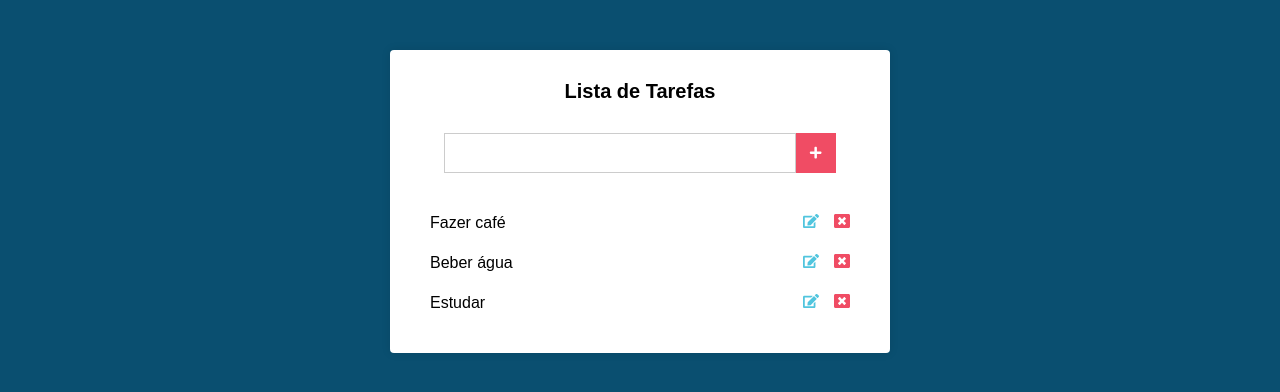
Repository: FellipeMiguel/lista-de-tarefas
Page: /
The author's editor kept a copy of each file at every save. The page is drawn from the files as they stood at one save, then again after the next save.
The browser window is 1280 px wide. The pictures show the whole page.
The project was rebuilt for these pictures with package versions that can differ from the ones it lists, and the page was loaded fresh each time.

Above is the page before, as saved 2023-06-14 23:53:10.

### src/index.js
import React from "react"
import ReactDOM from "react-dom/client"

import App from "./App"

const root = ReactDOM.createRoot(document.getElementById("root"))
root.render(
  <React.StrictMode>
    <App />
  </React.StrictMode>,
)

### src/App.js
import Main from './components/Main'
import './App.css'

function App() {
  return <Main />
}

export default App

### src/components/Main.js
import React, { Component } from 'react'

// Form
import { FaPlus, FaEdit, FaWindowClose } from 'react-icons/fa'

// Tasks

import './Main.css'

export default class Main extends Component {
  state = {
    newTask: '',
    tasks: ['Fazer café', 'Beber água', 'Estudar'],
  }

  handleChange = (e) => {
    this.setState({ newTask: e.target.value })
  }

  render() {
    const { newTask, tasks } = this.state

    return (
      <div className="main">
        <h1>Lista de Tarefas</h1>

        <form action="#" className="form">
          <input value={newTask} onChange={this.handleChange} type="text" />
          <button type="submit">
            <FaPlus />
          </button>
        </form>

        <ul className="tasks">
          {tasks.map((task) => (
            <li key={task}>
              {task}
              <span>
                <FaEdit className="edit" />
                <FaWindowClose className="delete" />
              </span>
            </li>
          ))}
        </ul>
      </div>
    )
  }
}

### src/components/Main.css
.main {
  background: #fff;
  padding: 30px;
  margin: 50px auto;
  max-width: 500px;
  border-radius: 4px;
  box-shadow: 0 0 10px rgba(0, 0, 0, 0.1);
}

.main h1 {
  font-size: 20px;
  text-align: center;
}

.form {
  margin-top: 30px;
  display: flex;
  align-items: center;
  justify-content: center;
}

.form input[type="text"] {
  height: 40px;
  padding: 0 20px;
  font-size: 20px;
  border: 1px solid #ccc;
  min-width: 80%;
}

.form button[type="submit"] {
  border: none;
  height: 40px;
  width: 40px;
  background: #f04c64;
  color: #fff;
  display: flex;
  align-items: center;
  justify-content: center;
}

.tasks {
  margin-top: 30px;
}

.tasks li {
  display: flex;
  align-items: center;
  justify-content: space-between;
  padding: 10px;
  transition: all 600ms ease-in-out;
}

.tasks li:hover {
  background: #51c5de;
}

.tasks li .edit {
  margin-right: 15px;
  color: #51c5de;
}

.tasks li .delete {
  color: #f04c64;
}

.tasks li:hover .edit, .tasks li:hover .delete {
  color: #000;
}

.tasks li .edit, .tasks li .delete {
  cursor: pointer;
  transition: all 600ms ease-in-out;
}

Loaded but not shown: public/index.html (common file); src/App.css (common file)

After the next save:
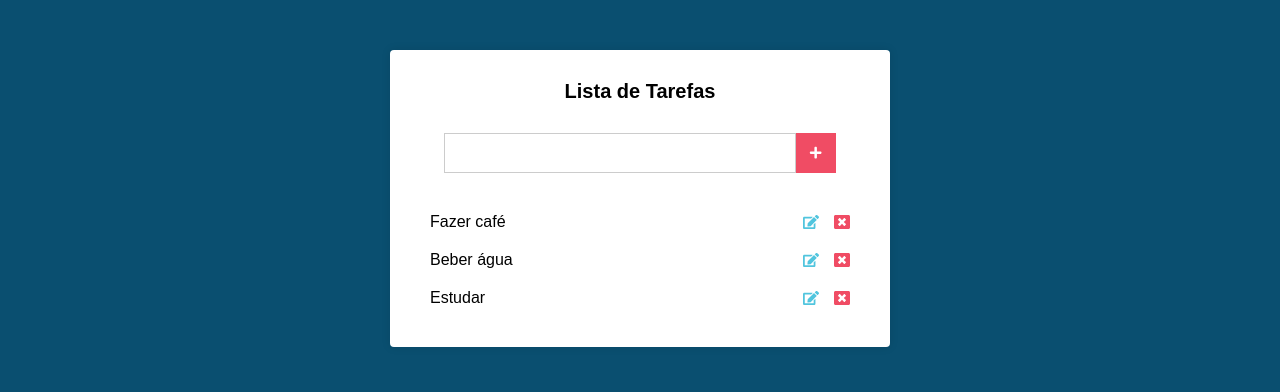
Saved 29 s later.
--- a/src/components/Main.css
+++ b/src/components/Main.css
@@ -54,6 +54,11 @@
   background: #51c5de;
 }
 
+.tasks li span {
+  display: flex;
+  align-items: center;
+}
+
 .tasks li .edit {
   margin-right: 15px;
   color: #51c5de;
